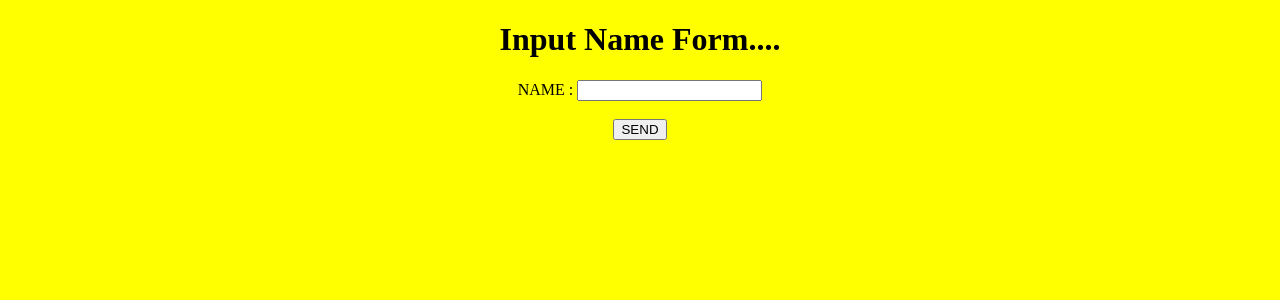
Repository: chunkind/dev_study
Page: kjs/servlet/web02_HttpServlet/WebContent/ex02/formName.html
An editor plug-in stored every save of this project. The page is shown before and after a run of saves, followed by the edit.
The browser window is 1280 px wide. The pictures show the whole page.

Above is the page before, as saved 2016-12-04 02:16:21.

After the next 2 saves:
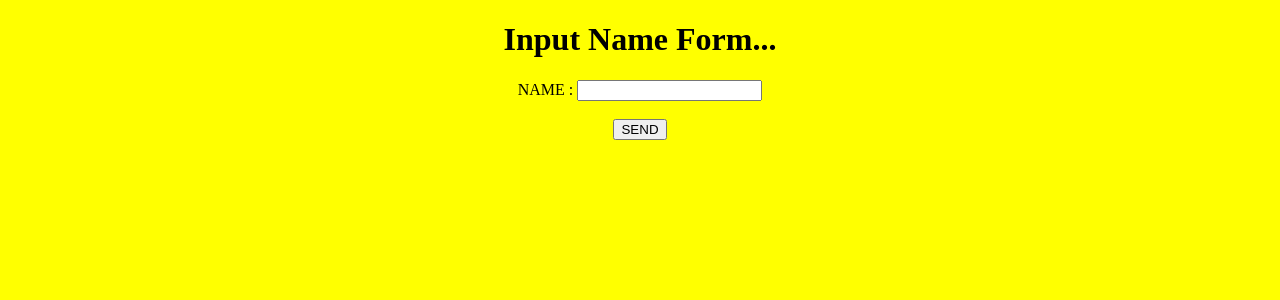
The 2 saves are shown as one change because they came seconds apart.
The last was saved 54 s later.
--- a/kjs/servlet/web02_HttpServlet/WebContent/ex02/formName.html
+++ b/kjs/servlet/web02_HttpServlet/WebContent/ex02/formName.html
@@ -11,8 +11,8 @@
 </style>
 </head>
 <body id="body">
-	<h1>Input Name Form....</h1><p>
-	<form action="ex02/FN">
+	<h1>Input Name Form...</h1><p>
+	<form action="FN">
 	NAME : <input type="text" name = "name"><br><br>
 	<input type="submit" value="SEND"><br>
 	</form>
